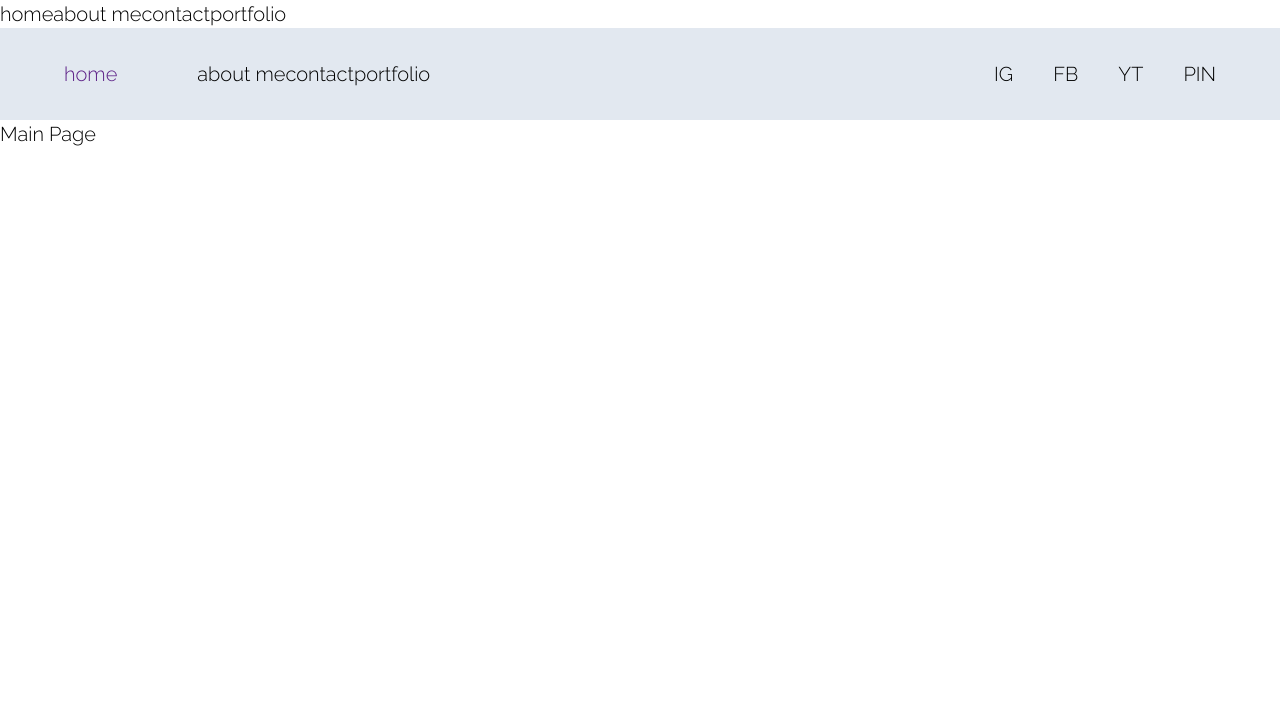
Repository: hubertrh/klaudia-personal-next
Page: /
The author's editor kept a copy of each file at every save. The page is drawn from the files as they stood at one save, then again after the next save.
The browser window is 1280 px wide. The pictures show the whole page.
The project was rebuilt for these pictures with package versions that can differ from the ones it lists, and the page was loaded fresh each time. The framework's server and built-in components were replaced by stand-ins that run in the browser. Also part of the build but not shown: next.config.js.

Above is the page before, as saved 2023-08-11 14:58:38.

### app/layout.tsx
import './globals.css';
import type { Metadata } from 'next';
import { Inter } from 'next/font/google';
import Link from 'next/link';

const inter = Inter({ subsets: ['latin'] });

export const metadata: Metadata = {
  title: 'Klaudia Rogala-Haracz',
  description: 'Portrait and reportage photography. Based in London.',
};

export default function RootLayout({
  children,
}: {
  children: React.ReactNode;
}) {
  return (
    <html lang="en">
      <body className={inter.className}>
        <header>
          <nav>
            <Link href="#!">home</Link>
            <Link href="#!">about me</Link>
            <Link href="#!">contact</Link>
            <Link href="#!">portfolio</Link>
          </nav>
          <div></div>
        </header>
        {children}
      </body>
    </html>
  );
}

### app/(site)/layout.tsx
import '../globals.css';
import type { Metadata } from 'next';
import { Raleway } from 'next/font/google';
import Link from 'next/link';

const raleway = Raleway({ weight: '300', subsets: ['latin'] });

export const metadata: Metadata = {
  title: 'Klaudia Rogala-Haracz',
  description: 'Portrait and reportage photography. Based in London.',
};

export default function RootLayout({
  children,
}: {
  children: React.ReactNode;
}) {
  return (
    <html lang="en">
      <body className={`${raleway.className} text-xl`}>
        <header className="flex justify-between bg-slate-200 px-16 py-8">
          <nav>
            <Link className="nav-link !pr-20 text-primary" href="#!">
              home
            </Link>
            <Link className="nav-link" href="#!">
              about me
            </Link>
            <Link className="nav-link" href="#!">
              contact
            </Link>
            <Link className="nav-link" href="/portfolio">
              portfolio
            </Link>
          </nav>
          <div>
            <Link
              className="social-icon"
              href="https://www.instagram.com/_klaudiarogala/"
            >
              IG
            </Link>
            <Link
              className="social-icon"
              href="https://www.facebook.com/klaudiarogalaphotographer/"
            >
              FB
            </Link>
            <Link
              className="social-icon"
              href="https://www.youtube.com/channel/UCyVfMWp16X_wYCG9213YOQw/"
            >
              YT
            </Link>
            <Link
              className="social-icon"
              href="https://www.pinterest.com/zuzannnnaa/"
            >
              PIN
            </Link>
            {/* <a class="lang-btn" href="/pl/index.html"><img src="/icons/flag-pl.svg" /></a> */}
          </div>
        </header>
        {children}
      </body>
    </html>
  );
}

### app/(site)/page.tsx
export default function Home() {
  return <div>Main Page</div>;
}

### app/globals.css
@tailwind base;
@tailwind components;
@tailwind utilities;

:root {
  --foreground-rgb: 0, 0, 0;
  --background-rgb: 255, 255, 255;
}

body {
  color: rgb(var(--foreground-rgb));
  background: rgb(var(--background-end-rgb));
}

.nav > * {
  @apply pr-12 transition-all duration-300 before:absolute before:bottom-0 before:h-1 before:w-full before:bg-primary before:content-['.'] hover:text-primary;
}

.social-icon {
  @apply pl-10;
}

### tailwind.config.js
/** @type {import('tailwindcss').Config} */
module.exports = {
  content: [
    './pages/**/*.{js,ts,jsx,tsx,mdx}',
    './components/**/*.{js,ts,jsx,tsx,mdx}',
    './app/**/*.{js,ts,jsx,tsx,mdx}',
  ],
  theme: {
    extend: {
      colors: {
        primary: '#5D2187',
      },
      backgroundImage: {
        'gradient-radial': 'radial-gradient(var(--tw-gradient-stops))',
        'gradient-conic':
          'conic-gradient(from 180deg at 50% 50%, var(--tw-gradient-stops))',
      },
    },
  },
  plugins: [],
};

After the next save:
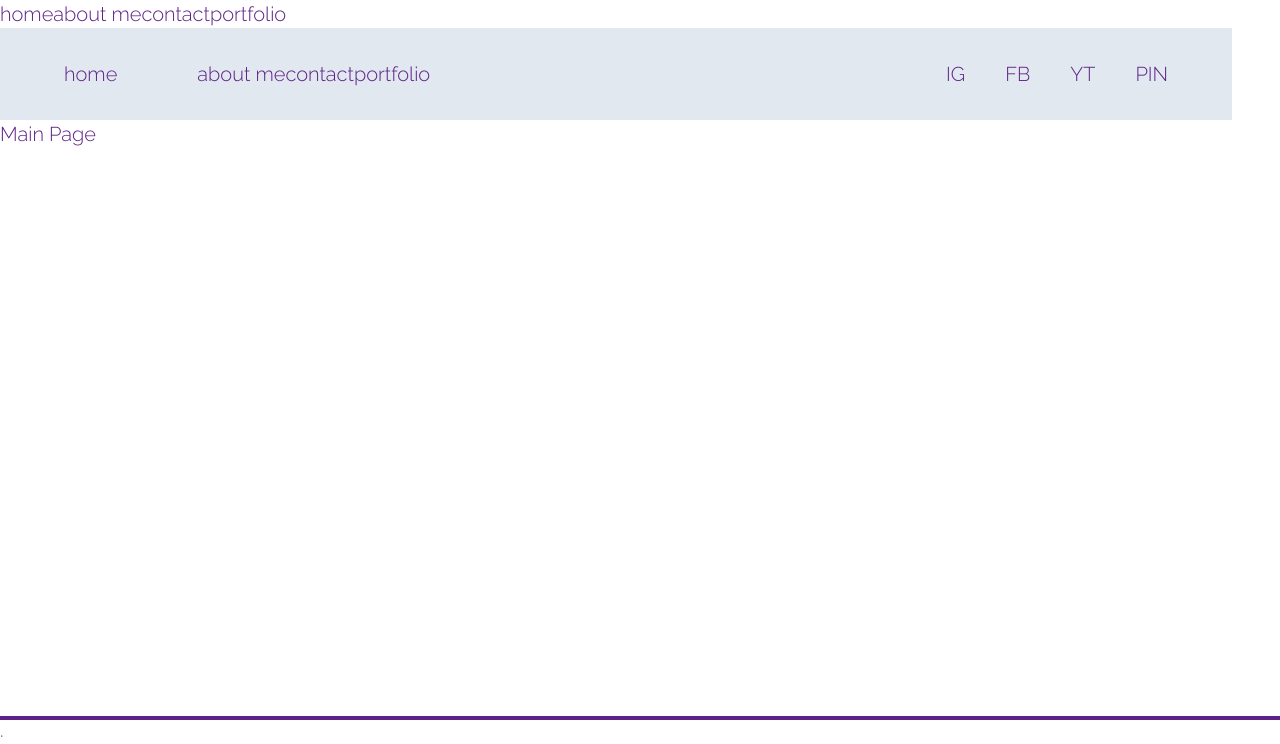
Saved 11 min 46 s later.
--- a/app/globals.css
+++ b/app/globals.css
@@ -12,7 +12,10 @@
   background: rgb(var(--background-end-rgb));
 }
 
-.nav > * {
+.nav {
+  @apply relative;
+}
+& > * {
   @apply pr-12 transition-all duration-300 before:absolute before:bottom-0 before:h-1 before:w-full before:bg-primary before:content-['.'] hover:text-primary;
 }
 

After the save that followed:
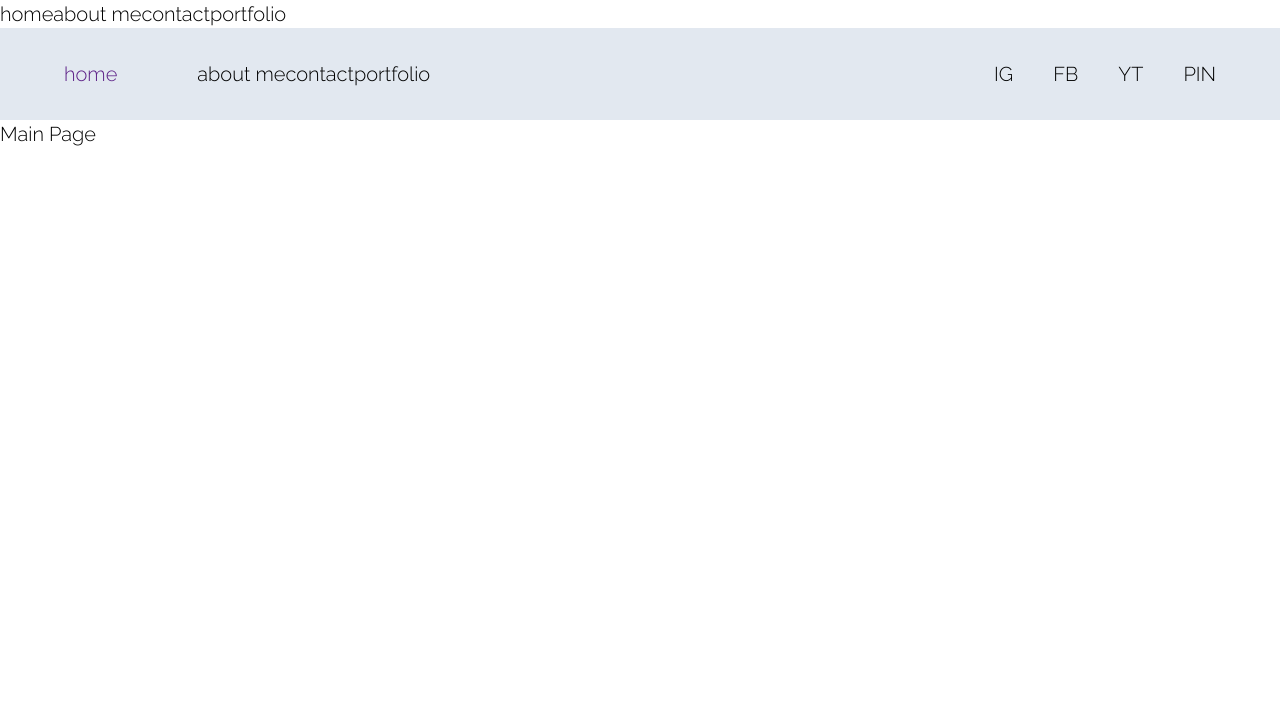
Saved 10 s later.
--- a/app/globals.css
+++ b/app/globals.css
@@ -15,7 +15,7 @@
 .nav {
   @apply relative;
 }
-& > * {
+.nav > * {
   @apply pr-12 transition-all duration-300 before:absolute before:bottom-0 before:h-1 before:w-full before:bg-primary before:content-['.'] hover:text-primary;
 }
 
